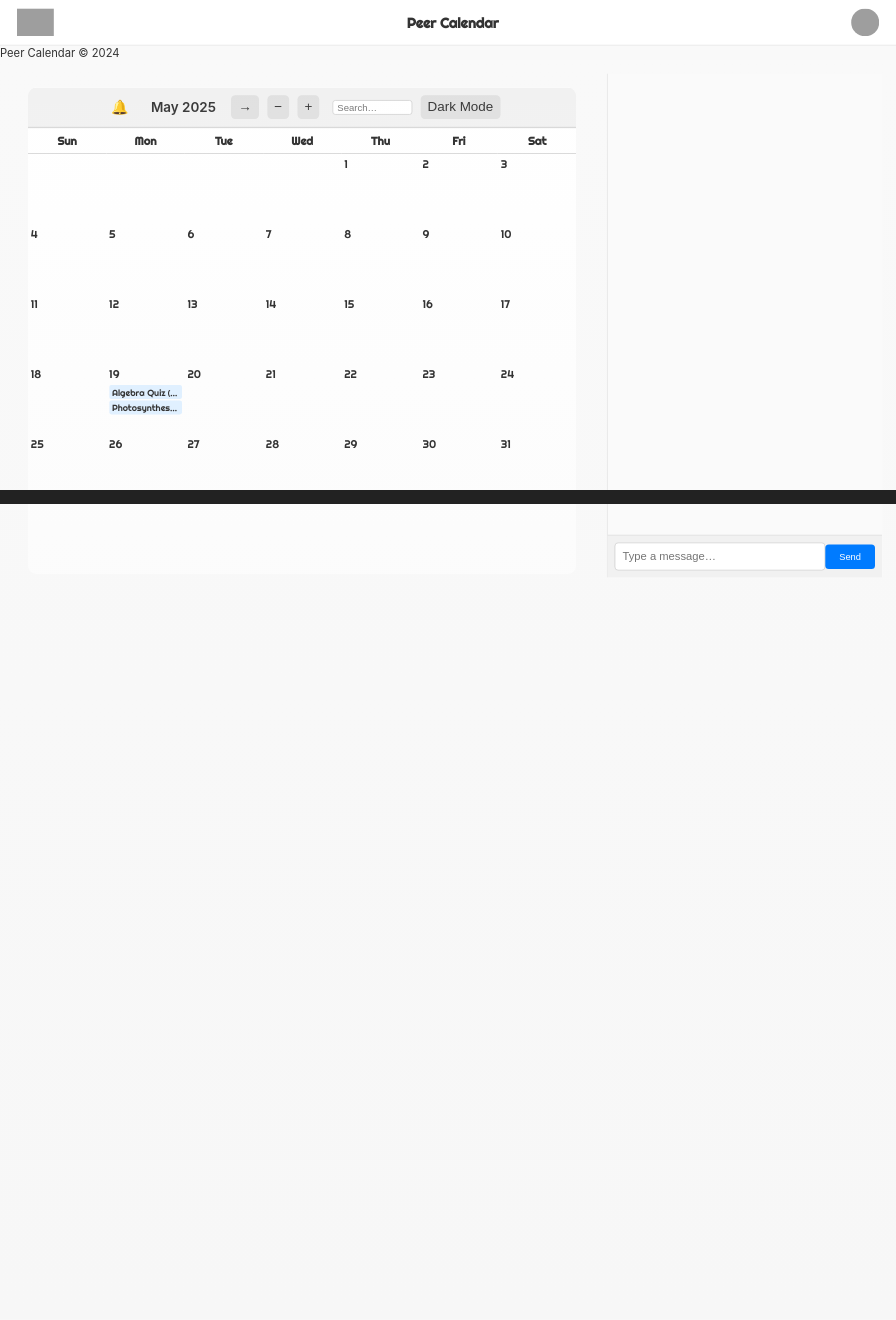
Repository: saifg123/Peer
Page: app.html
The author's editor kept a copy of each file at every save. The page is drawn from the files as they stood at one save, then again after the next save.
The browser window is 1280 px wide. The pictures show the whole page, at 70% of full size.
Pictures or frames that could not be fetched are drawn as grey boxes.

Above is the page before, as saved 2025-05-20 20:21:40.

After the next save:
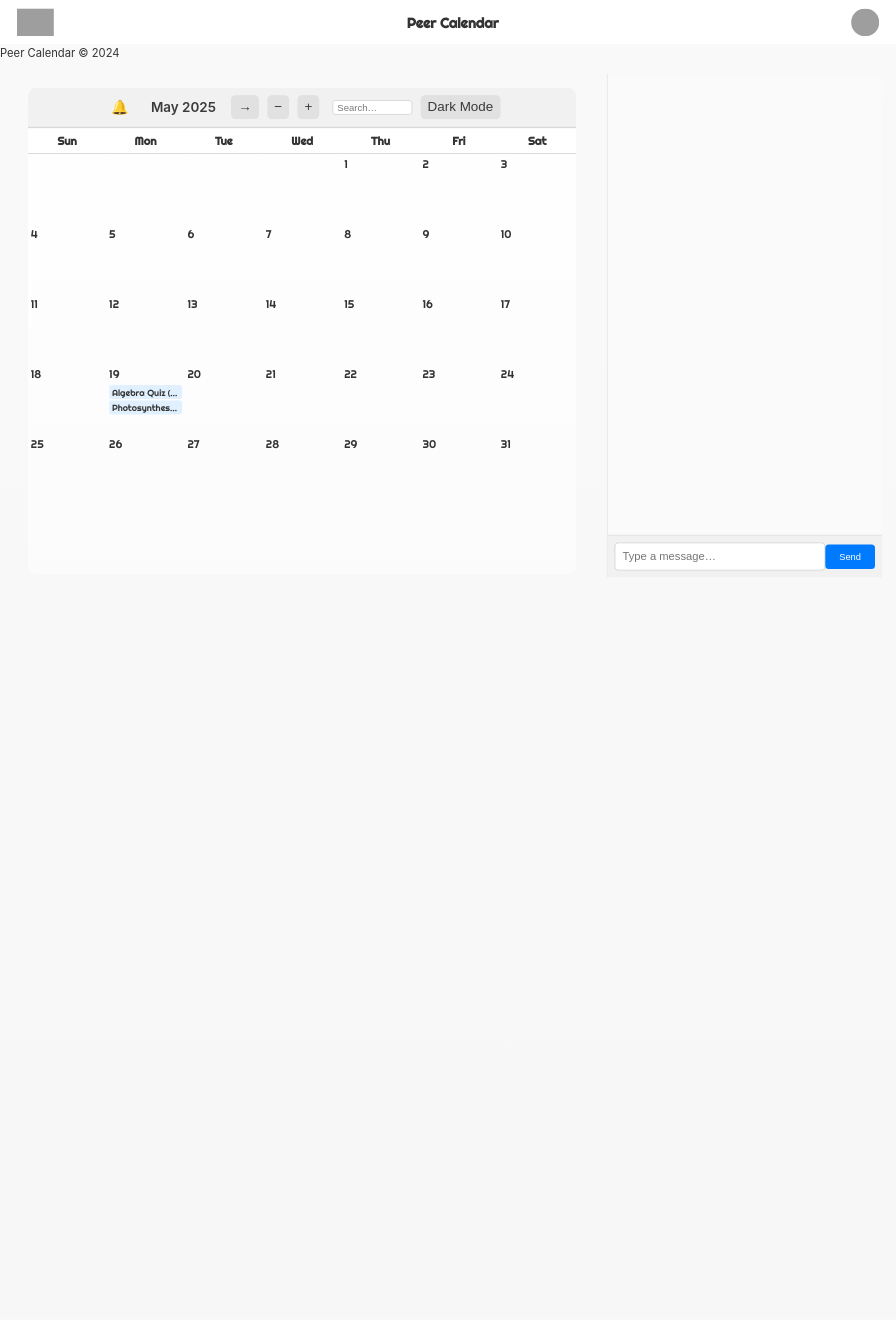
Saved 91 s later.
--- a/app.html
+++ b/app.html
@@ -297,7 +297,32 @@
           background: #fff !important;
           color: #000 !important;
         }
+        /* Footer is invisible at top, fades in as you scroll */
+        #dynamic-footer {
+          opacity: 0;
+          pointer-events: none;
+          transition: height 0.3s, padding 0.3s, font-size 0.3s, opacity 0.3s;
+        }
       </style>
+      <script>
+        // Fade in footer as you scroll down
+        (function() {
+          const footer = document.getElementById('dynamic-footer');
+          function adjustFooterOpacity() {
+        const scrollY = window.scrollY || window.pageYOffset;
+        // Start appearing after 40px scroll, fully visible at 120px
+        const minScroll = 40, maxScroll = 120;
+        let opacity = 0;
+        if (scrollY > minScroll) {
+          opacity = Math.min((scrollY - minScroll) / (maxScroll - minScroll), 1);
+        }
+        footer.style.opacity = opacity;
+        footer.style.pointerEvents = opacity > 0 ? '' : 'none';
+          }
+          window.addEventListener('scroll', adjustFooterOpacity);
+          adjustFooterOpacity();
+        })();
+      </script>
       <div id="view-label">Month</div>
       <button type="button" id="next">&rarr;</button>
       <button type="button" id="zoom-out">−</button>
